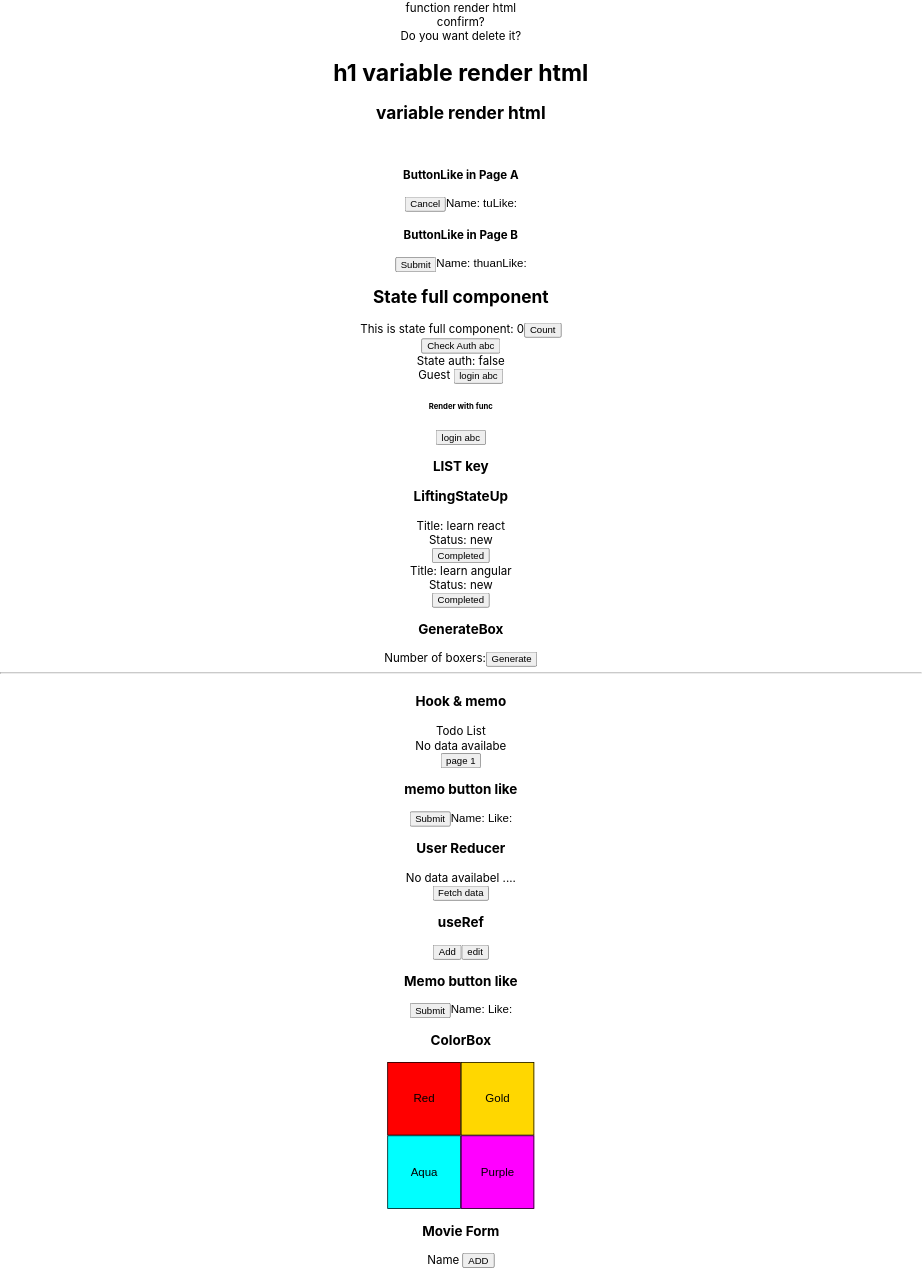
Repository: HoangTu18/reactjs-exercise
Page: /
An editor plug-in stored every save of this project. The page is shown before and after the next save, followed by the edit.
The browser window is 1280 px wide. The pictures show the whole page, at 72% of full size.
The page's requests for data from a server got no answer. The project was rebuilt for these pictures with package versions that can differ from the ones it lists, and the page was loaded fresh each time. No one was signed in, and anything a server would have sent is missing. Also part of the build but not shown: src/pages/StateObject.jsx, src/components/GenerateBox/GenerateBoxItem.jsx.

Above is the page before, as saved 2022-06-15 16:34:09.

### src/App.js
import "./App.css";
import ButtonLike from "./components/ButtonLike";
import TitleSimple from "./components/TitleSimple";
import StateFullComponent from "./components/StateFullComponent";
import StateObject from "./pages/StateObject";
import ConditionalRender from "./pages/conditionalRender";
import LiftingStateUp from "./exercise/LiftingStateUp";
import GenerateBox from "./exercise/GenerateBox";
import Hook from "./pages/Hook";
import UserReduer from "./pages/UserReduer";
import UseRef from "./components/useRef";
// import MoviesForm from "./components/movieForm";
import ColorBox from "./exercise/ColorBox/ColorBox";
import MovieForm from "./exercise/MovieFilm/MovieForm";

function App() {
  const isLoading = true;
  // varible render html
  const ele1 = (
    <div>
      <h1>h1 variable render html</h1>
      <h2> variable render html</h2>
    </div>
  );
  return (
    <div className="App">
      <div>function render html</div>
      {isLoading ? <TitleSimple /> : "123"}
      {ele1}
      <br />
      <h4> ButtonLike in Page A</h4>
      <ButtonLike
        text="Cancel"
        type="button"
        className="buttonA"
        onClick={() => {
          console.log("buttonA");
        }}
        name="tu"
      />
      <h4> ButtonLike in Page B</h4>
      <ButtonLike
        type="submit"
        className="buttonB"
        onClick={() => {
          console.log("buttonB");
        }}
        name="thuan"
      />
      <h2>State full component</h2>
      <StateFullComponent />
      {/* <StateObject />
       */}
      <ConditionalRender />
      <h3>LiftingStateUp</h3>
      <LiftingStateUp />
      <h3>GenerateBox</h3>
      <GenerateBox />
      <h3>Hook & memo</h3>
      <Hook />
      <h3>User Reducer</h3>
      <UserReduer />
      <h3>useRef</h3>
      <UseRef />
      <h3>Memo button like</h3>
      <ButtonLike />
      <h3>ColorBox</h3>
      <ColorBox />
      <h3>Movie Form</h3>
      <MovieForm />
    </div>
  );
}

export default App;

### src/components/ButtonLike.jsx
import React from "react";

ButtonLike.propTypes = {};

function ButtonLike({ text = "Submit", name, todoItem, like, ...props }) {
  return (
    <div className="container">
      <button {...props}>{text}</button>
      Name: {name}
      {todoItem && (
        <div>
          <h6>Todo item</h6>
          Todo title: {todoItem?.title}
          Todo price: {todoItem?.price}
        </div>
      )}
      Like: {like}
      <br />
    </div>
  );
}

export default ButtonLike;

### src/components/TitleSimple.jsx
import React from "react";

TitleSimple.propTypes = {};

function TitleSimple(props) {
  return (
    <div>
      confirm? <br />
      Do you want delete it?
    </div>
  );
}

export default TitleSimple;

### src/components/StateFullComponent.jsx
import React from "react";

StateFullComponent.propTypes = {};

function StateFullComponent(props) {
  const [count, setCount] = React.useState(0);
  return (
    <div>
      This is state full component: {count}
      <button
        type="button"
        onClick={() => {
          setCount((prevState) => prevState + 1);
        }}
      >
        Count
      </button>
    </div>
  );
}

export default StateFullComponent;

### src/pages/conditionalRender.jsx
import React, { Fragment, useState } from "react";
import ButtonSimple from "../components/ButtonSimple";

function ConditionalRender() {
  const [todos, setTodos] = useState([
    {
      id: 1,
      title: "react",
    },
    {
      id: 2,
      title: "angular",
    },
  ]);
  const [isAuth, setIsAuth] = useState(false);
  let button = null;
  if (isAuth) {
    button = <ButtonSimple text="logout" />;
  } else {
    button = <ButtonSimple text="login" />;
  }

  function renderButtonLogin() {
    return <ButtonSimple text="login" />;
  }
  function renderButtonLogout() {
    return <ButtonSimple text="logout" />;
  }
  function renderButton() {
    return <div>{isAuth ? renderButtonLogout() : renderButtonLogin()}</div>;
  }

  function handleDeleteTodo(TodoId) {
    const todoIndex = todos.findIndex((todo) => todo.id === TodoId);
    const newTodo = [...todos];
    newTodo.splice(todoIndex, 1);
    console.log(TodoId);
  }

  return (
    <div>
      {/* {array.length > 0 &&
        array.map((item) => {
          return <div key={item}>This is item</div>;
        })} */}
      <ButtonSimple
        text="Check Auth"
        onClick={() => setIsAuth((prevState) => !prevState)}
      />
      <br />
      State auth: {isAuth.toString()}
      {isAuth ? <div>welcome to {button}</div> : <div>Guest {button}</div>}
      <h6>Render with func</h6>
      {isAuth ? renderButtonLogout() : renderButtonLogin()}
      <h3>LIST key</h3>
      {todos.length > 0 ? (
        <>
          {todos.map((todo) => {
            <Fragment key={todo.id}>
              Id: {todo.id} <br />
              title: {todo.title}
              <button type="button" onClick={() => handleDeleteTodo(todo.id)}>
                Delete
              </button>
            </Fragment>;
          })}
        </>
      ) : null}
    </div>
  );
}

export default ConditionalRender;

### src/exercise/LiftingStateUp.jsx
import React, { useState } from "react";
import TodoList from "../components/TodoList";

function LiftingStateUp() {
  const [todos, setTodos] = useState([
    {
      id: 1,
      title: "learn react",
      status: "new",
    },
    {
      id: 2,
      title: "learn angular",
      status: "new",
    },
  ]);
  function handleCompletedTodo(todoId) {
    console.log("handleCompletedTodo: ", todoId);
  }
  return (
    <div>
      <TodoList todos={todos} handleCompletedTodo={handleCompletedTodo} />
    </div>
  );
}

export default LiftingStateUp;

### src/exercise/GenerateBox.jsx
import React, { useState, useRef } from "react";
import GenerateBoxList from "../components/GenerateBox/GenerateBoxList";

function GenerateBox(props) {
  const input = useRef(null);
  let [count, setCount] = useState(0);
  let [boxs, setBoxs] = useState([]);
  function handleGenerate() {
    let tempArr = [...boxs];
    let tempCount = count;
    if (input.current.value <= 0) {
      return alert("please enter for box");
    }
    if (input.current.value > 127) {
      return alert("very box");
    }
    if (input.current.value <= 127) {
      for (let i = 1; i <= input.current.value; i++) {
        tempArr.push({ id: tempCount++ });
      }
    }

    setBoxs(tempArr);
    setCount(tempCount);
  }

  // function handleCount() {}
  return (
    <div>
      <div>
        Number of boxers:
        <input type="number" ref={input} />
        <button onClick={() => handleGenerate()}>Generate</button>
        <hr />
      </div>
      <GenerateBoxList boxs={boxs} />
    </div>
  );
}

export default GenerateBox;

### src/pages/Hook.jsx
import React, { useEffect, useState } from "react";
import ButtonLike from "../components/ButtonLike";
function Hook() {
  const [todos, setTodos] = useState([]);
  const [page, setPage] = useState(1);

  useEffect(() => {
    fetch(`https://jsonplaceholder.typicode.com/todos?_page=${page}&_limit=10`)
      .then((res) => res.json())
      .then((data) => setTodos(data));
  }, [page]);

  useEffect(() => {
    console.log("useEffect 2");
  }, []);

  return (
    <div>
      Todo List
      {todos.length > 0 ? (
        <>
          {todos.map((todo) => (
            <div key={todo.id}>
              id: {todo.id} <br />
              title: {todo.title} <br />
            </div>
          ))}
        </>
      ) : (
        <div>No data availabe</div>
      )}
      <button
        type="button"
        onClick={() => {
          setPage((prevState) => prevState + 1);
        }}
      >
        page {page}
      </button>
      <h3>memo button like</h3>
      <ButtonLike />
    </div>
  );
}

export default Hook;

### src/pages/UserReduer.jsx
import React, { useReducer } from "react";

// initialState
const initialState = {
  isLoading: false,
  todos: [],
  isError: false,
};

// actions
function setIsLoading(isLoading) {
  return {
    type: "SET_IS_LOADING",
    payload: isLoading,
  };
}

function setIsError(isError) {
  return {
    type: "SET_IS_ERROR",
    payload: isError,
  };
}

function setTodos(data) {
  return {
    type: "SET_TODO",
    payload: data,
  };
}

// reducer
function reducer(state = initialState, { type, payload }) {
  switch (type) {
    case "SET_IS_LOADING": {
      return {
        ...state,
        isLoading: payload,
      };
    }
    case "SET_IS_ERROR": {
      return {
        ...state,
        isError: payload,
      };
    }
    case "SET_TODO": {
      return {
        ...state,
        todos: payload,
      };
    }
    default:
      return state;
  }
}
function UserReduer() {
  // state
  const [{ isLoading, isError, todos }, dispatch] = useReducer(
    reducer,
    initialState
  );

  // actions
  async function handleFetchData() {
    dispatch(setIsLoading(true));
    dispatch(setIsError(false));
    try {
      const res = await fetch(
        "https://tony-json-server.herokuapp.com/api/todos"
      );
      const data = await res.json();
      dispatch(setTodos(data.data));
    } catch (error) {
      dispatch(setIsError(true));
    }
    dispatch(setIsLoading(false));
  }

  // view
  if (isLoading) return <div>Loading ....</div>;
  if (isError) return <div>Something error ....</div>;
  return (
    <div>
      {todos.length === 0 ? (
        <div>
          No data availabel .... <br />
        </div>
      ) : (
        <>
          {todos.map((todo, index) => (
            <div key={index}>
              ID: {todo.id} <br />
              Title: {todo.title}
            </div>
          ))}
        </>
      )}
      <button type="button" onClick={handleFetchData}>
        Fetch data
      </button>
    </div>
  );
}

export default UserReduer;

### src/components/useRef.jsx
import React, { useEffect, useRef, useState } from "react";

function UseRef(props) {
  // states
  const [firstName, setFirstName] = useState("Project_12312312");

  const firstNameRef = useRef(null);
  const [isFlag, setIsFlag] = useState(false);
  const firstRenderRef = useRef(null);

  let lastNameJs = "truong";
  // useEffect
  useEffect(() => {
    if (firstRenderRef.current) {
      firstRenderRef.current = false;
      lastNameJs = "tu";
      console.log("after run ");
      return
    }
  }, [isFlag]);
  // refs

  function onSubmit() {
    console.log("ref: ", firstNameRef.current);
    firstNameRef.current.focus();
  }

  function onEdit() {
    firstNameRef.current.focus();
    // console.log("klength: ", firstNameRef.length);
    firstNameRef.current.setSelectionRange(
      0,
      firstNameRef.current.value.length
    );
  }

  function onChangeFirstName(e) {
    setFirstName(e.target.value);
  }
  return (
    <div>
      <input
        ref={firstNameRef}
        type="text"
        placeholder="firstName"
        value={firstName}
        onChange={onChangeFirstName}
      />
      <input type="text" placeholder="lastName" />
      <button type="button" onClick={onSubmit}>
        Add
      </button>
      <button type="button" onClick={onEdit}>
        edit
      </button>
    </div>
  );
}

export default UseRef;

### src/exercise/ColorBox/ColorBox.jsx
import { useState } from "react";
import "./colorBox.css";
function ColorBox(props) {
  const [color, setColor] = useState({
    red: "#ff0000",
    gold: "#ffd700",
    cyan: "#00ffff",
    magenta: "#ff00ff",
  });
  const [checked, setChecked] = useState("");
  const onChange = (e, color) => {
    setChecked(color);
    if (
      (e.target.checked && color === "red") ||
      color === "gold" ||
      color === "cyan" ||
      color === "magenta"
    ) {
      setColor({
        red: color,
        gold: color,
        cyan: color,
        magenta: color,
      });
    } else {
      setChecked("");
      setColor({
        red: "#ff0000",
        gold: "#ffd700",
        cyan: "#00ffff",
        magenta: "#ff00ff",
      });
    }
  };
  return (
    <div className="container">
      <div style={{ background: color["red"] }}>
        <input
          type="checkbox"
          name="color"
          checked={checked === "red"}
          onChange={(e) => onChange(e, "red")}
        />
        Red
      </div>
      <div style={{ background: color["gold"] }}>
        <input
          type="checkbox"
          name="color"
          checked={checked === "gold"}
          onChange={(e) => onChange(e, "gold")}
        />
        Gold
      </div>
      <div style={{ background: color["cyan"] }}>
        <input
          type="checkbox"
          name="color"
          checked={checked === "cyan"}
          onChange={(e) => onChange(e, "cyan")}
        />
        Aqua
      </div>
      <div style={{ background: color["magenta"] }}>
        <input
          type="checkbox"
          name="color"
          checked={checked === "magenta"}
          onChange={(e) => onChange(e, "magenta")}
        />
        Purple
      </div>
    </div>
  );
}

export default ColorBox;

### src/exercise/MovieFilm/MovieForm.jsx
import React from "react";

const MoviesForm = () => {
  const [name, setName] = React.useState("");
  const [movies, setMovies] = React.useState([]);
  const handleChange = (e) => {
    setName(e.target.value);
  };
  const createMovie = () => {
    if (name.trim().length !== 0) {
      movies.push(name);
    } else {
      alert("No movie's name");
    }
  };

  return (
    <div>
      Name <input type="text" onChange={handleChange} />
      <button type="button" onClick={createMovie}>
        ADD
      </button>
      <ul>
        {movies.map((movie, index) => (
          <li key={index}>{movie}</li>
        ))}
      </ul>
    </div>
  );
};

export default MoviesForm;

### src/components/ButtonSimple.jsx
import React from "react";
import styles from "./buttonSimple.module.css";
function ButtonSimple({ text = "Submit", type = "button", ...props }) {
  return (
    <button type={type} className={styles.buttonSimple} {...props}>
      {text} abc
    </button>
  );
}

export default ButtonSimple;

### src/components/TodoList.jsx
import React from "react";
import TodoItem from "./TodoItem";

function TodoList({ todos, handleCompletedTodo }) {
  return (
    <div>
      {todos.map((todo) => (
        <TodoItem todo={todo} handleCompletedTodo={handleCompletedTodo} />
      ))}
    </div>
  );
}

export default TodoList;

### src/components/GenerateBox/GenerateBoxList.jsx
import React from "react";
import GenerateBoxItem from "./GenerateBoxItem";

function GenerateBoxList({ boxs  }) {
  return (
    <div style={{ display: "flex", flexWrap: "wrap" }}>
      {boxs.map((boxs) => (
        <GenerateBoxItem boxs={boxs} />
      ))}
    </div>
  );
}

export default GenerateBoxList;

### src/exercise/ColorBox/colorBox.css
.container {
  font-family: sans-serif;

  display: grid;
  grid-template-columns: auto auto;
  place-content: center;
}

.container > div {
  height: 100px;
  width: 100px;
  line-height: 100px;
  text-align: center;
  border: 1px solid black;
  position: relative;
}
.red {
  background: red;
}
.gold {
  background: gold;
}
.cyan {
  background: aqua;
}
.magenta {
  background: magenta;
}

input {
  position: absolute;
  top: 0;
  left: 0;
  width: 100px;
  height: 100px;
  margin: 0;
  opacity: 0;
}

### src/components/TodoItem.jsx
import React from "react";

function TodoItem({ todo, handleCompletedTodo }) {
  console.log("todo item:", todo);
  return (
    <div>
      Title: {todo.title} <br />
      Status: {todo.status} <br />
      <button type="button" onClick={() => handleCompletedTodo(todo.id)}>
        Completed
      </button>
    </div>
  );
}

export default TodoItem;

Loaded but not shown: public/index.html (common file); src/index.js (common file); src/index.css (common file); src/reportWebVitals.js (common file); src/App.css (common file); src/components/buttonSimple.module.css (no stored copy; drawn as an empty file)

After the next save:
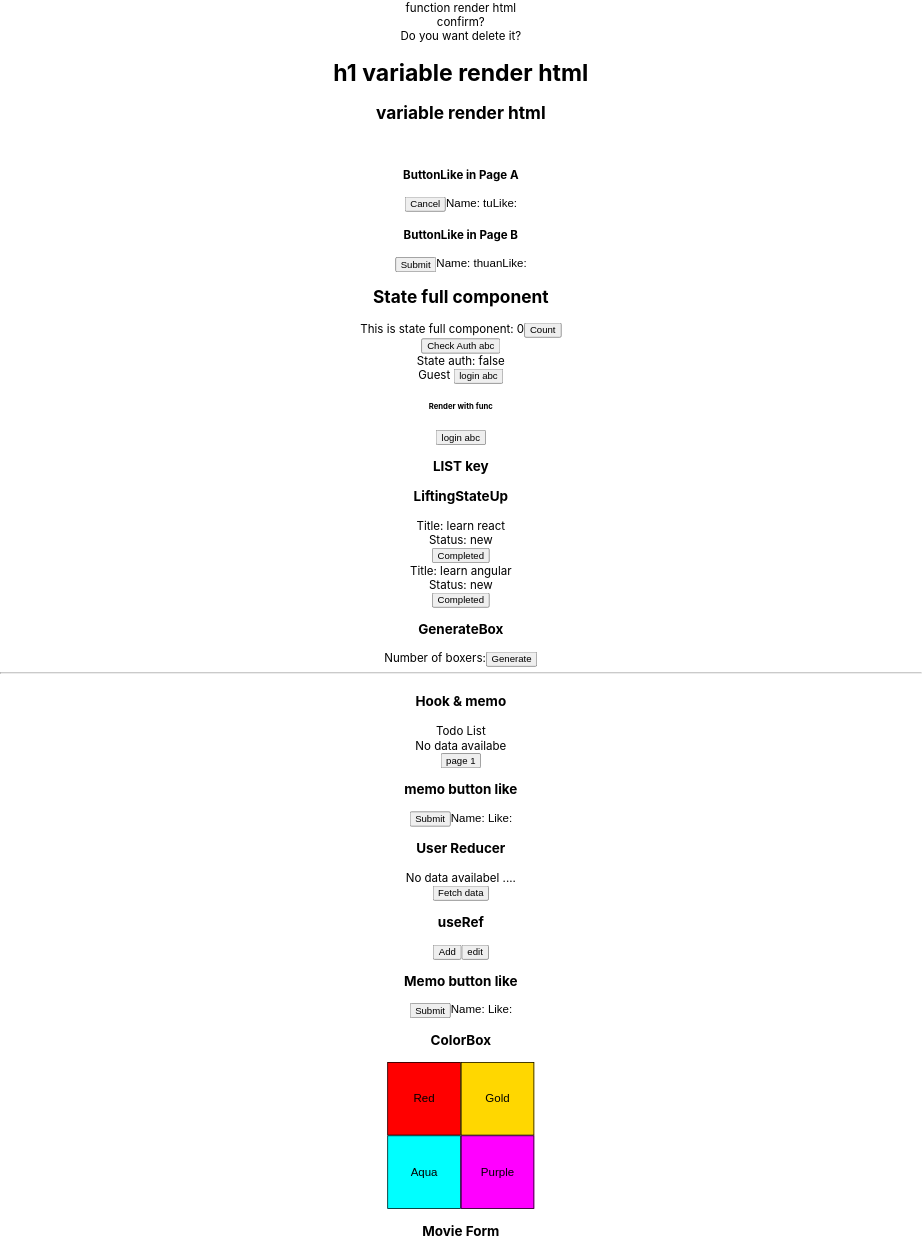
Saved 7 s later.
--- a/src/App.js
+++ b/src/App.js
@@ -67,7 +67,6 @@
       <h3>ColorBox</h3>
       <ColorBox />
       <h3>Movie Form</h3>
-      <MovieForm />
     </div>
   );
 }

After the 2 saves that followed:
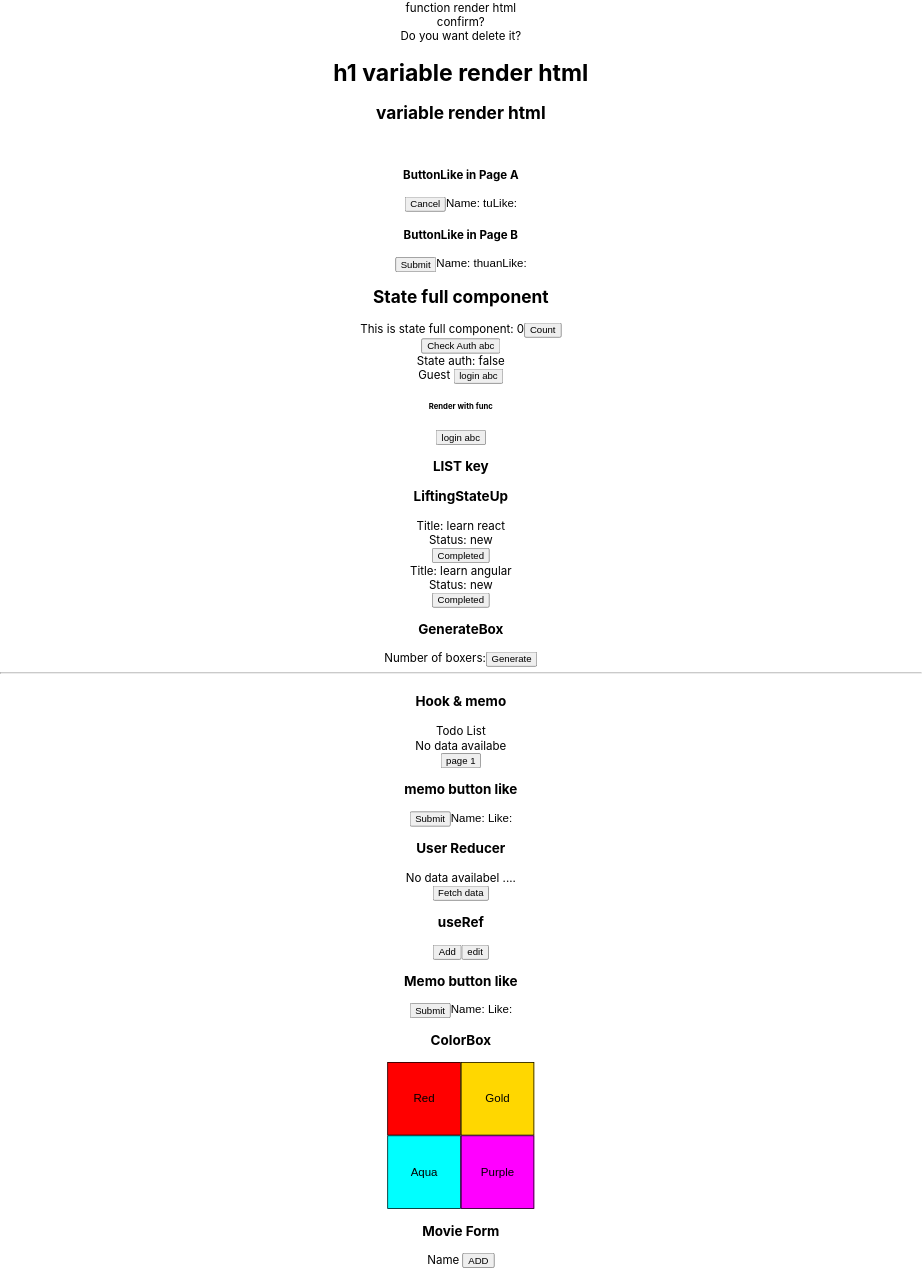
The 2 saves are shown as one change because 1 left the picture as it was.
The last was saved 13 s later.
--- a/src/App.js
+++ b/src/App.js
@@ -11,7 +11,7 @@
 import UseRef from "./components/useRef";
 // import MoviesForm from "./components/movieForm";
 import ColorBox from "./exercise/ColorBox/ColorBox";
-import MovieForm from "./exercise/MovieFilm/MovieForm";
+import MoviesForm from "./exercise/MovieFilm/MovieForm";
 
 function App() {
   const isLoading = true;
@@ -67,6 +67,7 @@
       <h3>ColorBox</h3>
       <ColorBox />
       <h3>Movie Form</h3>
+      <MoviesForm />
     </div>
   );
 }
